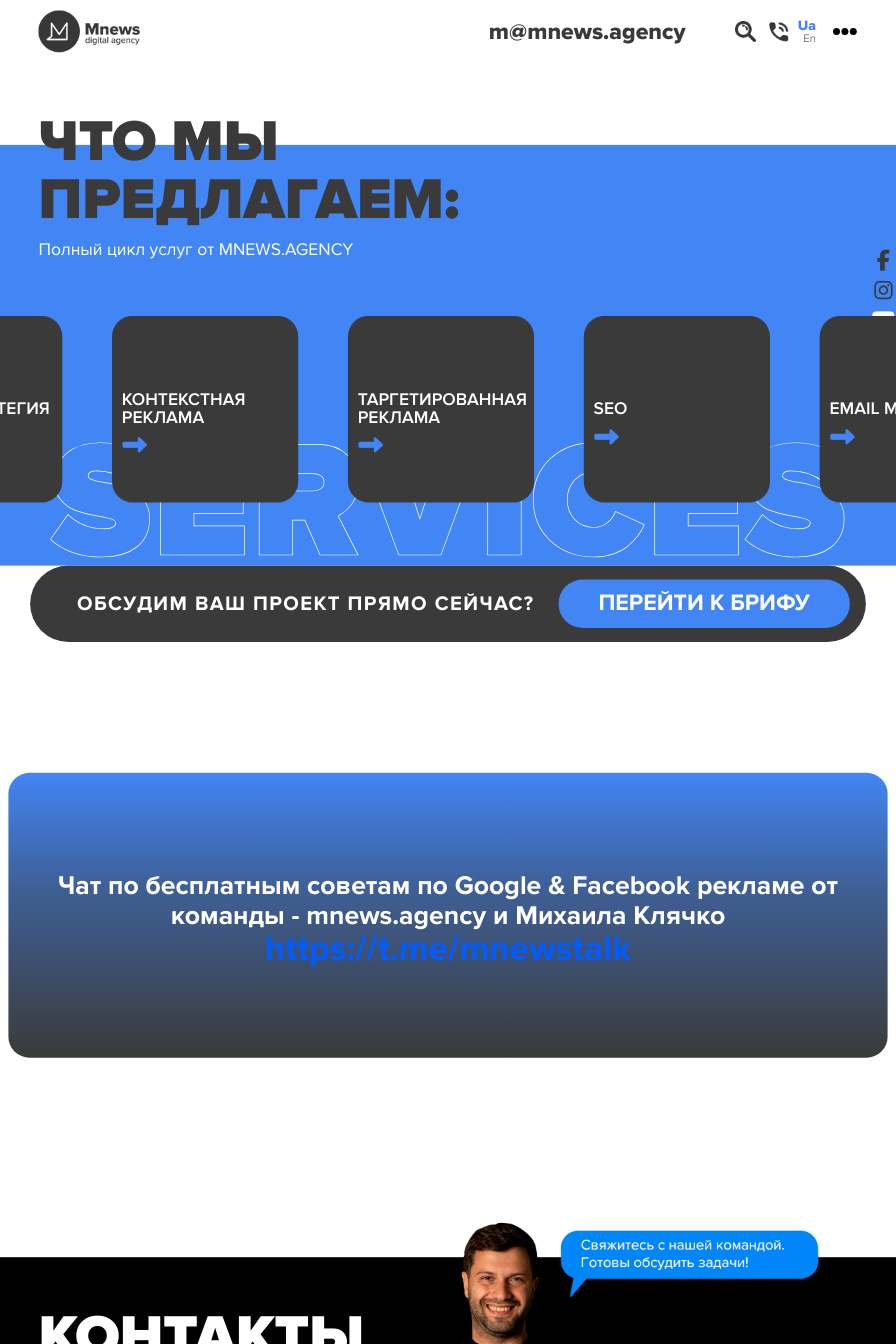
Repository: fanbear/Mnews
Page: services.html
These files come from the project's save history. The page is drawn as it stood at one moment and after the next save; the edit follows.
The browser window is 1280 px wide. The pictures show the part of the page from y = 0 to 1920 px (the page is 3161 px tall), at 70% of full size.
Some web libraries are served in a nearby version.

Above is the page before, as saved 2022-08-09 16:14:01.

### services.html
<!DOCTYPE html>
<html lang="ua">

<head>
    <meta charset="UTF-8">
    <meta http-equiv="X-UA-Compatible" content="IE=edge">
    <meta name="viewport" content="width=device-width, initial-scale=1">
    <title>Document</title>
    <link rel="stylesheet" href="./css/normalize.css">
    <link rel="stylesheet" href="./css/bootstrap-grid.min.css">
    <link rel="stylesheet" href="./css/critical.css">
    <link rel="stylesheet" href="./css/main.css">
    <link rel="stylesheet" href="https://cdnjs.cloudflare.com/ajax/libs/font-awesome/6.1.2/css/all.min.css">
    <link rel="stylesheet" type="text/css" href="./css/slick.css" />


</head>

<body>
    <header class="header">
        <div class="container">
            <div class="row">
                <div class="col-xl-2">
                    <a href="/" class="header-logo">
                        <img src="./image/logotype.png" alt="Mnews" width="145" height="60">
                    </a>
                </div>
                <div class="col-xl-4"></div>
                <div class="col-xl-4"><a class="header-mail" href="mailTo:m@mnews.agency ">m@mnews.agency</a></div>
                <div class="col-xl-1 header-active">
                    <div class="header-search">
                        <img src="./image/search.png" alt="search-mnews" width="30" height="30">
                    </div>
                    <div class="header-callback">
                        <a href="tel:09966668741"><img src="./image/callback.png" width="27" height="27"
                                alt="mnews-callback"></a>
                    </div>
                </div>
                <div class="col-xl-1 header-menu">
                    <div class="header-language">
                        <a class="header-language__active" href="/">Ua</a>
                        <a href="/en">En</a>
                    </div>
                    <div class="header-menu">
                        <div class="header-menu__button">
                            <span class="circle"></span>
                            <span class="circle"></span>
                            <span class="circle"></span>
                        </div>
                        <div class="header-menu__list">
                            <ul>
                                <li><a href="/">О нас</a></li>
                                <li><a href="/">Отзывы</a></li>
                                <li><a href="/">Услуги</a></li>
                                <li><a href="/">Портфолио</a></li>
                                <li><a href="/">Клиенты</a></li>
                                <li><a href="/">Статьи</a></li>
                                <li><a href="/">Курс по Merchant Center</a></li>
                                <li><a href="/">Курсы по digital маркетингу</a></li>
                            </ul>
                        </div>
                    </div>
                </div>
            </div>
        </div>
    </header>
    <main class="main">
        <div class="services-page container-fluid">
            <div class="container services-page__wrapper">
                <div class="row">
                    <div class="services-page__title">Что мы <br> предлагаем:</div>
                    <div class="services-page__subtitle">Полный цикл услуг от MNEWS.AGENCY</div>
                </div>
            </div>
            <div class="container">
                <div class="slider-wrapper slider-services">
                    <div class="slider-item">
                        <div class="slider-item__theme">
                            <a href="/Mnews">Digital стратегия</a>
                            <span><i class="fa-solid fa-right-long"></i></span>
                        </div>
                    </div>
                    <div class="slider-item">
                        <div class="slider-item__theme">
                            <a href="/Mnews">контекстная реклама</a>
                            <span><i class="fa-solid fa-right-long"></i></span>
                        </div>
                    </div>
                    <div class="slider-item">
                        <div class="slider-item__theme">
                            <a href="/Mnews">таргетированная реклама</a>
                            <span><i class="fa-solid fa-right-long"></i></span>
                        </div>
                    </div>
                    <div class="slider-item">
                        <div class="slider-item__theme">
                            <a href="/Mnews">SEO</a>
                            <span><i class="fa-solid fa-right-long"></i></span>
                        </div>
                    </div>
                    <div class="slider-item">
                        <div class="slider-item__theme">
                            <a href="/Mnews">EMAIL МАРКЕТИНГ</a>
                            <span><i class="fa-solid fa-right-long"></i></span>
                        </div>
                    </div>
                    <div class="slider-item">
                        <div class="slider-item__theme">
                            <a href="/Mnews">РАЗРАБОТКА САЙТОВ</a>
                            <span><i class="fa-solid fa-right-long"></i></span>
                        </div>
                    </div>
                    <div class="slider-item">
                        <div class="slider-item__theme">
                            <a href="/Mnews">SMM</a>
                            <span><i class="fa-solid fa-right-long"></i></span>
                        </div>
                    </div>
                    <div class="slider-item">
                        <div class="slider-item__theme">
                            <a href="/Mnews">ЧАТ-БОТ ДЛЯ БИЗНЕСА</a>
                            <span><i class="fa-solid fa-right-long"></i></span>
                        </div>
                    </div>
                    <div class="slider-item">
                        <div class="slider-item__theme">
                            <a href="/Mnews">ДИЗАЙН</a>
                            <span><i class="fa-solid fa-right-long"></i></span>
                        </div>
                    </div>
                </div>
            </div>
            <div class="overtext"><span>SERVICES</span></div>
            <div class="main-agency__network">
                <a href="/"><i class="fa-brands fa-facebook-f"></i></a>
                <a href="/"><i class="fa-brands fa-instagram"></i></a>
                <a href="/"><i class="fa-brands fa-youtube"></i></a>
                <a href="/"><i class="fa-brands fa-telegram"></i></a>
                <a href="/"><i class="fa-brands fa-behance"></i></a>
                <a href="/"><i class="fa-brands fa-ups"></i></a>
            </div>
        </div>

        <div class="container brif">
            <div class="row">
                <div class="brif-wrapper">
                    <div class="brif-title">Обсудим Ваш проект прямо сейчас?</div>
                    <div class="brif-button"><a href="">Перейти к брифу</a></div>
                </div>
            </div>
        </div>
        <div class="container telegram">
            <div class="telegram-title">
                Чат по бесплатным советам по Google & Facebook рекламе
                от команды - mnews.agency и Михаила Клячко
            </div>
            <div class="telegram-subtitle"><a href="">https://t.me/mnewstalk</a></div>
        </div>
    </main>
    <footer class="footer">
        <div class="footer-wrapper">
            <div class="container">
                <div class="row">
                    <div class="footer-contact col-xl-5">
                        <div class="footer-contact__title">КОНТАКТЫ</div>
                        <div class="footer-contact__phone"> <a href="tel:0671995056">+38 (067) 199 50 56</a></div>
                        <div class="footer-contact__mail"><a href="mailto:m@mnews.agency ">m@mnews.agency</a></div>
                        <div class="footer-contact__adress">г. Харьков, пер. Отакара Яроша, 12 а, 61000, Харьков,
                            Харьковская область
                        </div>
                        <div class="footer-contact__social">
                            <a href="/"><i class="fa-brands fa-facebook-f"></i></a>
                            <a href="/"><i class="fa-brands fa-instagram"></i></a>
                            <a href="/"><i class="fa-brands fa-youtube"></i></a>
                            <a href="/"><i class="fa-brands fa-telegram"></i></a>
                            <a href="/"><i class="fa-brands fa-behance"></i></a>
                            <a href="/"><i class="fa-brands fa-ups"></i></a>
                            <a href=""></a>
                        </div>
                    </div>
                    <div class="col-xl-7 footer-promo">
                        <img class="img-responsive" src="./image/footer-raiting-img.png" alt="">
                        <div class="footer-promo__raiting">
                            <img class="img-responsive" src="./image/footer-raiting-1.jpg" alt="Google-партнером-1">
                            <img class="img-responsive" src="./image/footer-raiting-2.jpg" alt="Google-партнером-2">
                            <img class="img-responsive" src="./image/footer-raiting-3.jpg" alt="Google-партнером-3">
                            <img class="img-responsive" src="./image/footer-raiting-4.jpg" alt="Google-партнером-4">
                        </div>
                    </div>
                    <div class="col-xl-12 fotter-bottom">
                        <img class="img-responsive" src="./image/footer-bottom-1.jpg"
                            alt="Спілка українськиї Підприємств">
                        <img class="img-responsive" src="./image/footer-bottom-2.png" alt="Kharkiv it claster">
                    </div>
                </div>
            </div>
            <div class="footer-copyright">
                <div class="container">
                    <div class="row">
                        <div class="col-xl-12 footer-logo">
                            <img class="img-responsive" src="./image/footer-logo.png" alt="mnews">
                        </div>
                        <div class="col-xl-12 footer-text">
                            <p>Copyright © 2016-2022 - агентство интернет-маркетинга Михаила Клячко - mnews.agency
                                Этот сайт использует cookie-файлы для предоставления услуг в соответствии с нашей
                                политикой конфиденциальности.
                                Ваши данные никогда не будут переданы 3-м лицам или использованы в мошеннических целях.
                            </p>
                        </div>
                        <div class="col-xl-12 footer-text-2">
                            <p>Вы можете указать условия хранения или доступа cookie в вашем браузере.</p>
                            <a href="">договор публичной оферты</a>
                        </div>
                        <div class="col-xl-12 fotter-edr">
                            <p>ОВ МАРКЕТИНГ НЬЮ СОЛЮШНС</p>
                            <p>Код ЄДРПОУ: 44532753</p>
                        </div>
                        <div class="col-xl-12 footer-place">
                            <p>Юридична адреса: Україна, Харківська область, місто Харків, провулок Отакара Яроша, буд.
                                12А</p>
                        </div>
                    </div>
                </div>
            </div>
        </div>

        <script src="/js/bootstrap.min.js"></script>
        <script src="js/menu.js"></script>
        <script src="js/main.js"></script>
        <script src="https://kit.fontawesome.com/97e5db9e95.js" crossorigin="anonymous"></script>
        <script src="https://code.jquery.com/jquery-1.11.0.min.js"></script>
        <script src="https://code.jquery.com/jquery-migrate-1.2.1.min.js"></script>
        <script src="./js/slick.min.js"></script>
        <script src="./js/slider.js"></script>


    </footer>
</body>



</html>

### js/slider.js
$('.slider-reviews').slick({
    dots: false,
    infinite: true,
    slidesToShow: 4,
    slidesToScroll: 1,
    variableWidth: true,
    prevArrow: "<button type='button' class='slick-prev pull-left'><i class='fa fa-angle-left' aria-hidden='true'></i></button>",
    nextArrow: "<button type='button' class='slick-next pull-left'><i class='fa fa-angle-right' aria-hidden='true'></i></button>",
    responsive: [
        {
            breakpoint: 1024,
            settings: {
                slidesToShow: 3,
                slidesToScroll: 3,
                infinite: true,
                dots: false
            }
        },
        {
            breakpoint: 600,
            settings: {
                slidesToShow: 2,
                slidesToScroll: 2
            }
        },
        {
            breakpoint: 480,
            settings: {
                slidesToShow: 1,
                slidesToScroll: 1
            }
        }
    ]
});
$('.slider-blog').slick({
    dots: false,
    infinite: true,
    slidesToShow: 6,
    slidesToScroll: 1,
    variableWidth: true,
    centerMode: true,
    prevArrow: "<button type='button' class='slick-prev pull-left'><i class='fa fa-angle-left' aria-hidden='true'></i></button>",
    nextArrow: "<button type='button' class='slick-next pull-left'><i class='fa fa-angle-right' aria-hidden='true'></i></button>",
    responsive: [
        {
            breakpoint: 1024,
            settings: {
                slidesToShow: 3,
                slidesToScroll: 3,
                infinite: true,
                dots: false
            }
        },
        {
            breakpoint: 600,
            settings: {
                slidesToShow: 2,
                slidesToScroll: 2
            }
        },
        {
            breakpoint: 480,
            settings: {
                slidesToShow: 1,
                slidesToScroll: 1
            }
        }
    ]
});
$('.slider-team').slick({
    dots: false,
    infinite: true,
    slidesToShow: 4,
    slidesToScroll: 1,
    variableWidth: true,
    centerMode: true,
    prevArrow: "<button type='button' class='slick-prev pull-left'><i class='fa fa-angle-left' aria-hidden='true'></i></button>",
    nextArrow: "<button type='button' class='slick-next pull-left'><i class='fa fa-angle-right' aria-hidden='true'></i></button>",
    responsive: [
        {
            breakpoint: 1024,
            settings: {
                slidesToShow: 3,
                slidesToScroll: 3,
                infinite: true,
                dots: false
            }
        },
        {
            breakpoint: 600,
            settings: {
                slidesToShow: 2,
                slidesToScroll: 2
            }
        },
        {
            breakpoint: 480,
            settings: {
                slidesToShow: 1,
                slidesToScroll: 1
            }
        }
    ]
});
$('.slider-services').slick({
    dots: false,
    infinite: true,
    slidesToShow: 5,
    slidesToScroll: 1,
    // variableWidth: true,
    prevArrow: "<button type='button' class='slick-prev pull-left'><i class='fa fa-angle-left' aria-hidden='true'></i></button>",
    nextArrow: "<button type='button' class='slick-next pull-left'><i class='fa fa-angle-right' aria-hidden='true'></i></button>",
    responsive: [
        {
            breakpoint: 1024,
            settings: {
                slidesToShow: 3,
                slidesToScroll: 3,
                infinite: true,
                dots: false
            }
        },
        {
            breakpoint: 600,
            settings: {
                slidesToShow: 2,
                slidesToScroll: 2
            }
        },
        {
            breakpoint: 480,
            settings: {
                slidesToShow: 1,
                slidesToScroll: 1
            }
        }
    ]
});

### css/settings.css
:root {
    /* color */
    --main-text-color: #3a3a3a;
    --color-darkgrey: #3a3a3a;
    --color-blue: #4285f4;
    /* font-size */
    --minimal-text-size: 29px;
    --standart-text-size: 33px;
    --medium-text-size: 63px;
    --big-text-size: 83px;
}

/* :text {

} */

Loaded but not shown: css/normalize.css (library); css/bootstrap-grid.min.css (library); css/slick.css (common file); js/bootstrap.min.js (library); js/slick.min.js (library); js/main.js (68 lines, source omitted); js/menu.js (16 lines, source omitted); css/main.css (1588 lines, source omitted); css/critical.css (615 lines, source omitted)

After the next save:
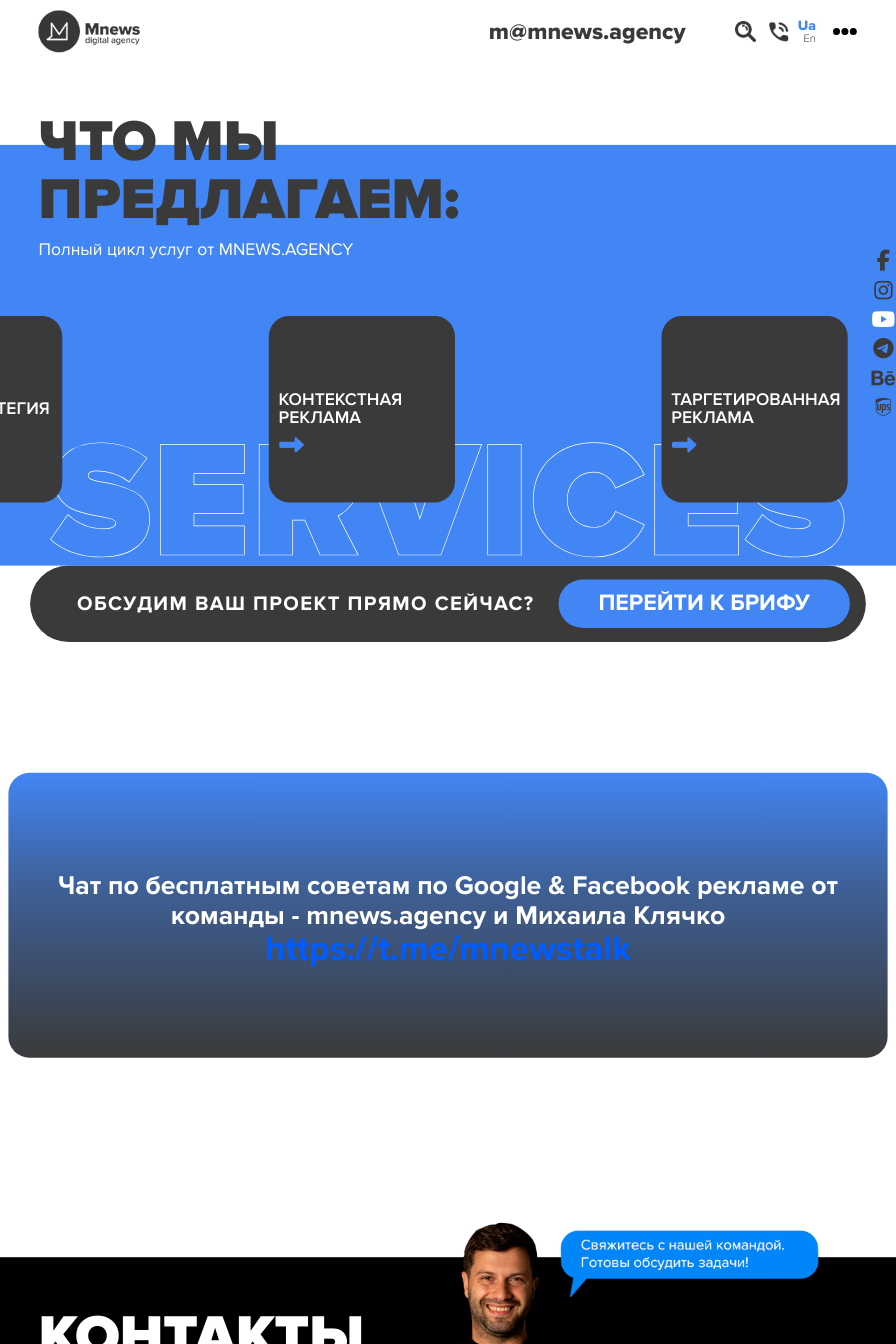
Saved 10 s later.
--- a/js/slider.js
+++ b/js/slider.js
@@ -105,7 +105,7 @@
 $('.slider-services').slick({
     dots: false,
     infinite: true,
-    slidesToShow: 5,
+    slidesToShow: 3,
     slidesToScroll: 1,
     // variableWidth: true,
     prevArrow: "<button type='button' class='slick-prev pull-left'><i class='fa fa-angle-left' aria-hidden='true'></i></button>",

After the save that followed:
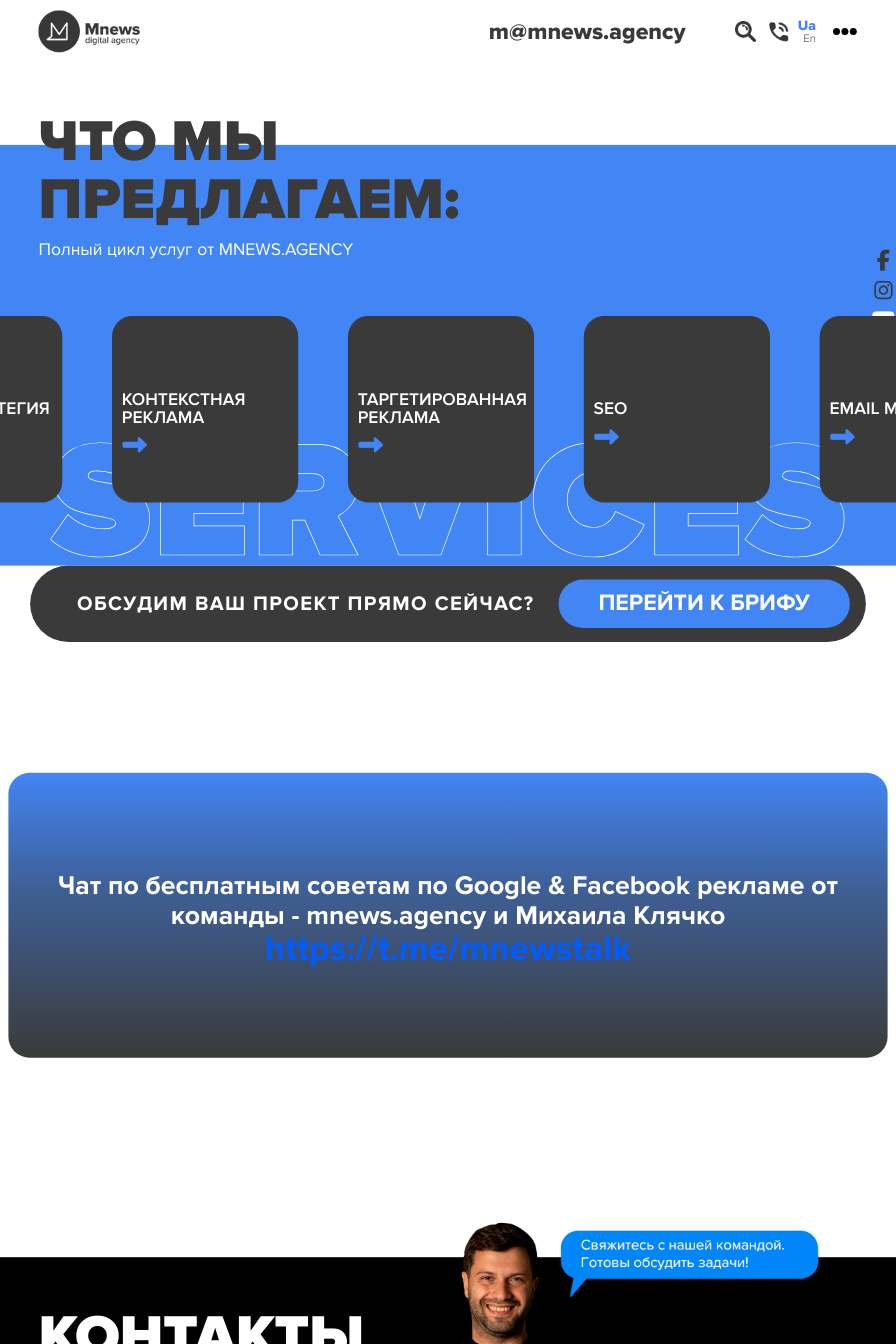
Saved 7 s later.
--- a/js/slider.js
+++ b/js/slider.js
@@ -105,7 +105,7 @@
 $('.slider-services').slick({
     dots: false,
     infinite: true,
-    slidesToShow: 3,
+    slidesToShow: 5,
     slidesToScroll: 1,
     // variableWidth: true,
     prevArrow: "<button type='button' class='slick-prev pull-left'><i class='fa fa-angle-left' aria-hidden='true'></i></button>",
